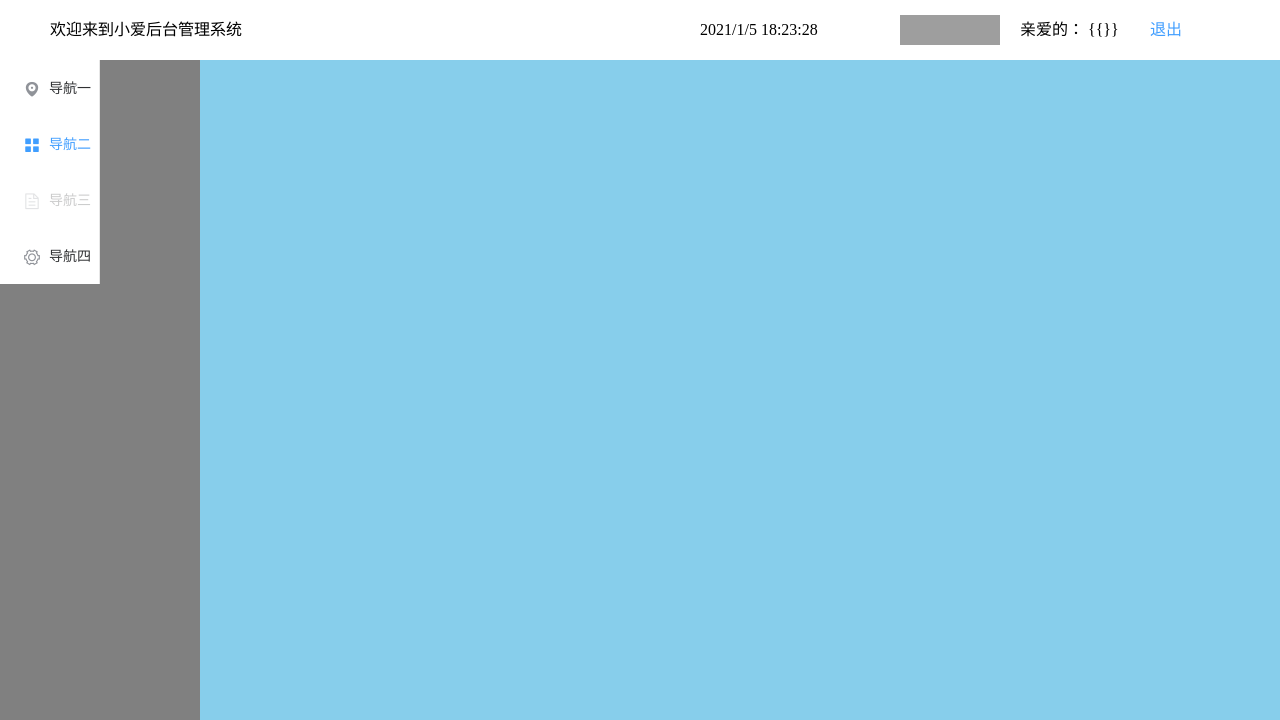
Repository: heyegang/vuex
Page: /
These files come from the project's save history. The page is drawn as it stood at one moment and after the next save; the edit follows.
The browser window is 1280 px wide. The pictures show the whole page.
Pictures or frames that could not be fetched are drawn as grey boxes. The project was rebuilt for these pictures with package versions that can differ from the ones it lists, and the page was loaded fresh each time. Also part of the build but not shown: vue.config.js.

Above is the page before, as saved 2021-01-06 14:20:47.

### src/main.js
import Vue from "vue";
import App from "./App.vue";
import router from "./router";
import store from "./store";
import ElementUI from "element-ui";
import "element-ui/lib/theme-chalk/index.css"

Vue.use(ElementUI)
Vue.config.productionTip = false;

new Vue({
  router,
  store,
  render: h => h(App)
}).$mount("#app");

### src/App.vue
<template>
  <div id="app">
    <router-view />
  </div>
</template>

<style lang="scss">
*{
  margin: 0;
  padding: 0;
}
html,body,#app{
  height: 100%;
}
</style>

### src/router/index.js
import Vue from "vue";
import VueRouter from "vue-router";
import Home from "../views/Home.vue";
import Layout from "../views/layout/Layout.vue";

Vue.use(VueRouter);

const routes = [{
   path:"",
  component:Layout,
  children:[{
    path: "/",
    name: "Home",
    component: Home
  },

  ]},
  {
    path: "/login",
    name: "login",
    component: () => import('../views/login/Login.vue')
  },
];

const router = new VueRouter({
  mode: "history",
  base: process.env.BASE_URL,
  routes
});

export default router;

### src/store/index.js
import Vue from "vue";
import Vuex from "vuex";
import user from "./user"

Vue.use(Vuex);

export default new Vuex.Store({
  state: {
    // 存放数据
  },
  mutations: {
    // 同步修改state
  },
  actions: {},
  modules: {
    // 代表模块
    user
  }
});

### src/views/Home.vue
<template>
  <div></div>
</template>

<script>
export default {
  name: '',
  props:{},
  data () {
    return {
    }
  },
  components: {},
  methods: {},
  mounted() {},
  computed: {},
  watch: {}
}
</script>

<style lang='scss' scoped>

</style>

### src/views/layout/Layout.vue
<template>
    <div>
        <el-container>
        <el-header>
            <nav-header></nav-header>
        </el-header>
        <el-container>
            <el-aside width="200px">
                <nav-sidebar></nav-sidebar>
            </el-aside>
            <el-main>
                <router-view></router-view>
            </el-main>
        </el-container>
        </el-container>
    </div>
</template>

<script>
import NavHeader from "../../components/navheader/NavHeader"
import NavSidebar from "../../components/navsidebar/NavSidebar"
export default {
  name: '',
  props:{},
  data () {
    return {
    }
  },
  components: {
      NavHeader,
      NavSidebar,
  },
  methods: {},
  mounted() {},
  computed: {},
  watch: {}
}
</script>

<style lang='scss' scoped>
  .el-header, .el-footer {
    line-height: 60px;
  }

  .el-aside {
    position: fixed;
    top: 60px;
    bottom: 0;
    background-color: gray;
  }

  .el-main {
    position: fixed;
    bottom: 0;
    right: 0;
    top: 60px;
    left: 200px;
    background-color: skyblue;


  }

  body > .el-container {
    margin-bottom: 40px;
  }

  .el-container:nth-child(5) .el-aside,
  .el-container:nth-child(6) .el-aside {
    line-height: 260px;
  }

  .el-container:nth-child(7) .el-aside {
    line-height: 320px;
  }
</style>

### src/store/user.js
import { Message } from "element-ui";
import api from '../http/api';
import router from '../router'

export default {
    namespaced:true,
    // 开启命名空间

    state: {
        // 存放数据
        users:[]
      },
      mutations: {
        // 同步修改state
        setUsers(state,data){
            state.user = data
        }
      },
      actions: {
        //   发请求
        // 所有的方法
        // 登录 每一个action的方法都有两个参数 第一个是store 第二个是请求的参数
        // store可以解构为commit dispatch(提交另外一个action)
        async login(_,params){
            let res = await api.login(params)
            if(res.meta.status === 200){
                // 请求成功 存用户 跳转路由 提示用户
                localStorage.setItem('user', JSON.stringify(res.data))
                localStorage.setItem('token', res.data.token)
                Message.success('登录成功')
                router.push('/')
            } else {
                Message.error(res.meta.msg)
            }
        },
        async getUsers({commit},params){
            let res = await api.getUsers(params)
            if(res.meta.status === 200) {
                commit('setUsers',res.data)
            }else {
                Message.error(res.meta.msg)
            }
        }
      },
}

### src/components/navheader/NavHeader.vue
<template>
  <div class="top">
      <div style="margin-left:30px;">
          欢迎来到小爱后台管理系统
      </div>
      <div class="box">
          {{times}}
      </div>
      <div class="weather">
          <div class="weather"><iframe scrolling="no" src="https://tianqiapi.com/api.php?style=yd&skin=pitaya" frameborder="0" width="100%" height="30" allowtransparency="true"></iframe></div>
    <!--获取天气-->
      </div>
      <div class="hello">
          亲爱的： {{}}
      </div>
      <div class="esc" @click="esc">
          退出
      </div>
  </div>
</template>

<script>
export default {
  name: '',
  props:{},
  data () {
    return {
      times:'',//格式化之后的当前时间
      currentTime: new Date() //当前时间
    }
  },
  components: {},
  methods: {
    getTimes(){
      setInterval(this.getTimesInterval, 1000);
    },
    getTimesInterval:function() {
      let _this = this;
      let year = new Date().getFullYear(); //获取当前时间的年份
      let month = new Date().getMonth() + 1; //获取当前时间的月份
      let day = new Date().getDate(); //获取当前时间的天数
      let hours = new Date().getHours(); //获取当前时间的小时
      let minutes = new Date().getMinutes(); //获取当前时间的分数
      let seconds = new Date().getSeconds(); //获取当前时间的秒数
      let hello = "";
      //当小于 10 的是时候，在前面加 0
      if (hours < 10) {
        hours = "0" + hours;
      }
      if (minutes < 10) {
        minutes = "0" + minutes;
      }
      if (seconds < 10) {
        seconds = "0" + seconds;
      }
      //一天中的时间
      if (hours > 6 && hours <13){
          hello = "上午";
      }
      if (hours > 13 && hours <18){
          hello = "下午";
      }
      if (hours > 18 && hours <24){
          hello = "晚上";
      }
      if (hours >0 && hours < 6){
          hello = "凌晨";
      }
      //拼接格式化当前时间
      _this.times = year + "/" + month + "/" + day + " " +hello+ hours + ":" + minutes + ":" + seconds;
    },
  },
  mounted() {
    this.getTimes()
  },
  computed: {},
  watch: {},
}
</script>

<style lang='scss' scoped>
.top{
    display: flex;
    position: relative;
    line-height: 60px;
}
.box{
    width: 160px;
    position: absolute;
    right: 400px;
}
.weather{
    width: 100px;
    position: absolute;
    right: 130px;
    top: 5px;
}
.hello{
    width: 100px;
    position: absolute;
    right: 140px;
}
.esc{
    width: 60px;
    position: absolute;
    right: 50px;
    color: #409EFF;
}
</style>

### src/components/navsidebar/NavSidebar.vue
<template>
  <div>
   <el-row class="tac">
  <el-col :span="12">
    <el-menu
      default-active="2"
      class="el-menu-vertical-demo"
      @open="handleOpen"
      @close="handleClose">
      <el-submenu index="1">
        <template slot="title">
          <i class="el-icon-location"></i>
          <span>导航一</span>
        </template>
        <el-menu-item-group>
          <template slot="title">分组一</template>
          <el-menu-item index="1-1">选项1</el-menu-item>
          <el-menu-item index="1-2">选项2</el-menu-item>
        </el-menu-item-group>
        <el-menu-item-group title="分组2">
          <el-menu-item index="1-3">选项3</el-menu-item>
        </el-menu-item-group>
        <el-submenu index="1-4">
          <template slot="title">选项4</template>
          <el-menu-item index="1-4-1">选项1</el-menu-item>
        </el-submenu>
      </el-submenu>
      <el-menu-item index="2">
        <i class="el-icon-menu"></i>
        <span slot="title">导航二</span>
      </el-menu-item>
      <el-menu-item index="3" disabled>
        <i class="el-icon-document"></i>
        <span slot="title">导航三</span>
      </el-menu-item>
      <el-menu-item index="4">
        <i class="el-icon-setting"></i>
        <span slot="title">导航四</span>
      </el-menu-item>
    </el-menu>
  </el-col>
  </el-row>
  </div>
</template>

<script>
export default {
  name: '',
  props:{},
  data () {
    return {
        index:1
    }
  },
  components: {},
  methods: {
       handleOpen(key, keyPath) {
        console.log(key, keyPath);
      },
      handleClose(key, keyPath) {
        console.log(key, keyPath);
      }
  },
  mounted() {},
  computed: {},
  watch: {}
}
</script>

<style lang='scss' scoped>

</style>

### src/http/api.js
import http from './index'

export default{
     login({username,password}){
        return http.post('/login',{
            username,
            password
        })
     },
     getUsers({pagenum,pagesize,query}){
         if(query){
             return http.get(`/users?pagenum=${pagenum}&pagesize=${pagesize}&query=${query}`)
         } else {
             return http.get(`/users?pagenum=${pagenum}&pagesize=${pagesize}`)
         }

     },
}

### src/http/index.js
import axios from 'axios'
import nprogress from 'nprogress'
import 'nprogress/nprogress.css'
import {Message} from 'element-ui'

// 需要区分当前环境是开发环境(development)还是生产环境(production)
let isPro = process.env.NODE_ENV === 'productin'

const http = axios.create({
    baseURL: isPro ? '线上接口路径':'/api',
    timeout:10000
})

// 请求拦截
http.interceptors.request.use(config =>{
    nprogress.start()
    // 配置token token是鉴权的一种方式
    // 在登陆成功后 会返回当前用户的token 存在本地
    // 可用（百度：js加密插件）加密插件加密token
    let token = localStorage.getItem('token')
    // 账号密码和token分开存
    if(token){
        config.headers.Authorization = token
    }
    return config
},err =>{
    nprogress.done()
    return Promise.reject(err)
})

// 响应拦截
http.interceptors.response.use(res => {
    nprogress.done()
    return res.data
},err => {

    // 请求失败
    let status = err.response && err.response.status
    // 状态码
    if (status === 400) {
        Message.error('参数错误')
    }
    if (status === 401) {
        Message.error('没有权限')
    }
    if (status === 403) {
        Message.error('登录过期')
    }
    if (status === 404) {
        Message.error('路径错误')
    }
    if (status === 500) {
        Message.error('服务器错误')
    }
    if (status === 403) {
        Message.error('服务器在维护')
    }
    return Promise.reject(err)
})


export default http

Loaded but not shown: public/index.html (common file)

After the next save:
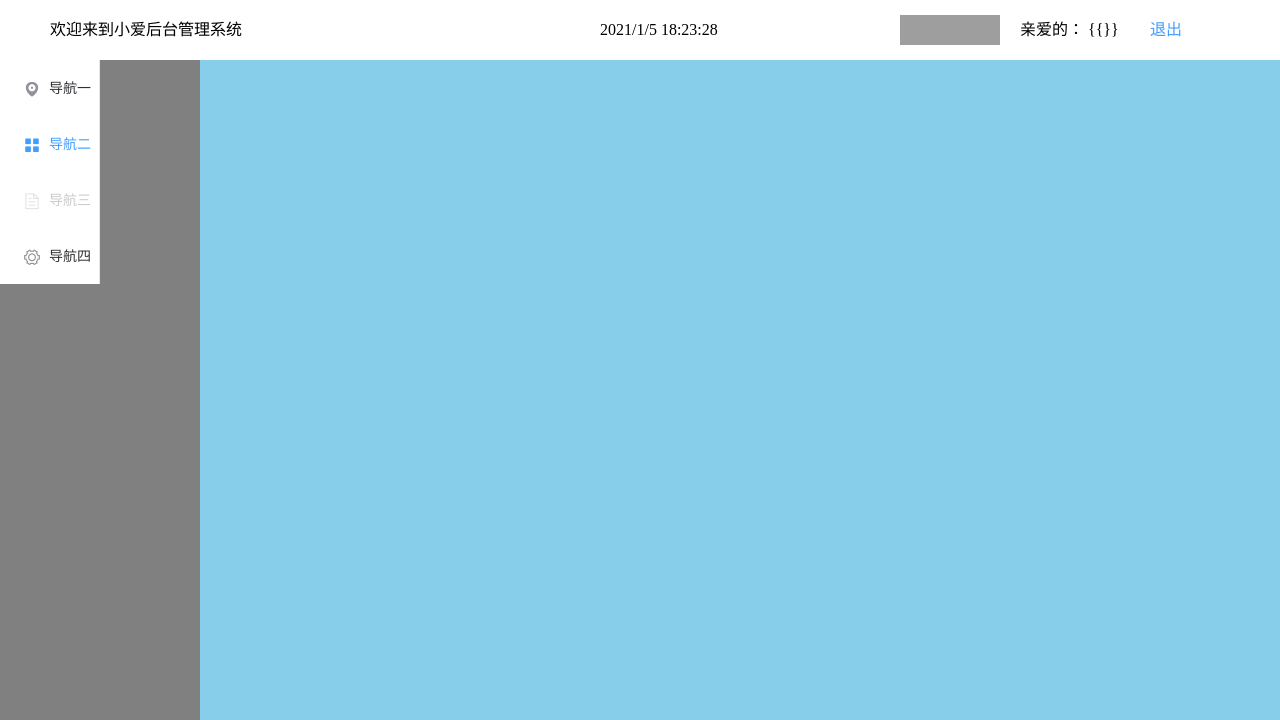
Saved 8 s later.
--- a/src/components/navheader/NavHeader.vue
+++ b/src/components/navheader/NavHeader.vue
@@ -87,7 +87,7 @@ export default {
 .box{
     width: 160px;
     position: absolute;
-    right: 400px;
+    right: 500px;
 }
 .weather{
     width: 100px;
